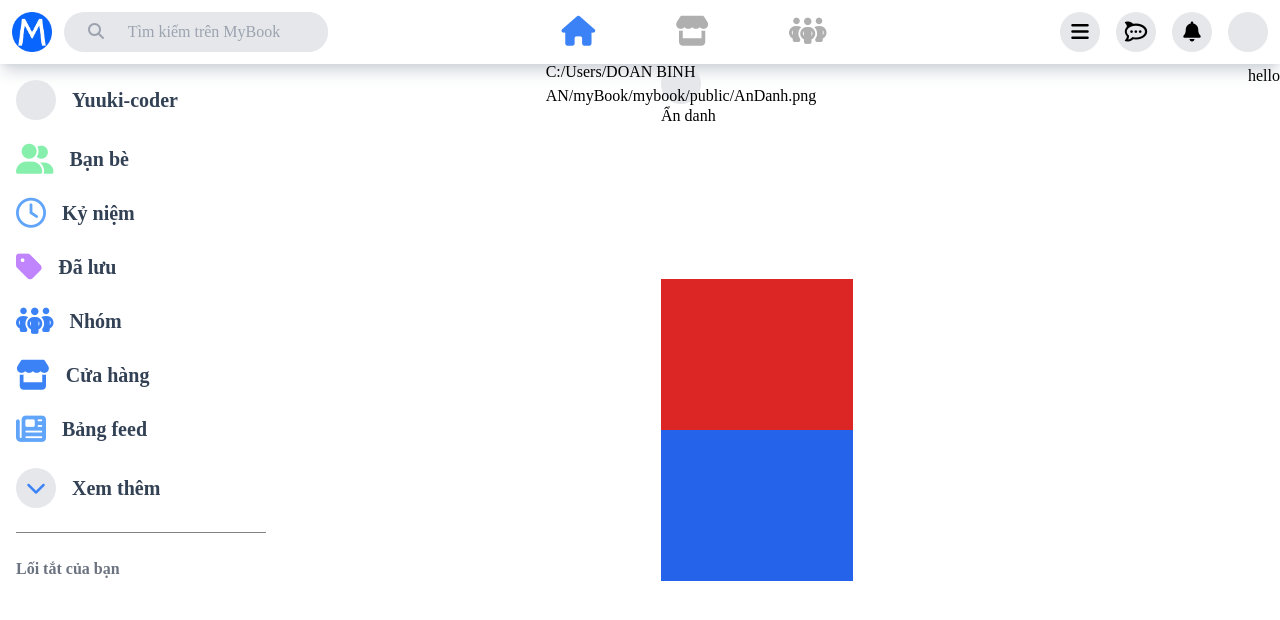
Repository: Yuukicoder/MyBook
Page: / (app in mybook/)
These files come from the project's save history. The page is drawn as it stood at one moment and after the next save; the edit follows.
The browser window is 1280 px wide. The pictures show the whole page.
The project was rebuilt for these pictures with package versions that can differ from the ones it lists, and the page was loaded fresh each time.

Above is the page before, as saved 2023-12-14 09:24:07.

### mybook/src/index.js
import React from 'react';
import ReactDOM from 'react-dom/client';
import './index.css';
import App from './App';
import reportWebVitals from './reportWebVitals';

const root = ReactDOM.createRoot(document.getElementById('root'));
root.render(
  <React.StrictMode >
  <App / >
  </React.StrictMode>
);

// If you want to start measuring performance in your app, pass a function
// to log results (for example: reportWebVitals(console.log))
// or send to an analytics endpoint. Learn more: https://bit.ly/CRA-vitals
reportWebVitals();

### mybook/src/index.css
@tailwind base;
@tailwind components;
@tailwind utilities;
  @import url('https://fonts.googleapis.com/css2?family=Arima:wght@100;200;300;400;500;700&display=swap');
*{
  margin: 0;
  padding: 0;
  box-sizing: border-box;
  font-family: Arima;
  /* border: 1px solid black; */
}
body{
  width: 100%;
  height: 100vh;
}

### mybook/src/App.js
import './App.css';
import '@fortawesome/fontawesome-free/css/all.min.css';
import Navbar from './Navbar'
import Option from './Option'
import News from './News';
import Friend_contact from './Friend_contact';
 var App = () =>
(
    <div class="">
        <Navbar/>
        <div class="flex justify-between">
        <Option name="Yuuki-coder"/>
        <News/>
        <Friend_contact/>
        </div>

    </div>
)

export default App;

### mybook/src/App.css
:root{
  --text-color: rgb(175, 175, 175);
  --bg-icon-color: #e5e7eb;
}
.avatar{
  width: 40px;
  height: 40px;
  background-color: var(--bg-icon-color);
  border-radius: 50%;
  display: flex;
  align-items: center;
  justify-content: center;
}

### mybook/src/Navbar.js
import './Navbar.css'
import '@fortawesome/fontawesome-free/css/all.min.css';

var Navbar = () =>(


    <div class="flex items-center justify-between  w-screen py-3 px-3  shadow-lg shadow-gray-300">
        <div class="flex">

    <div class="Navbar_icon pr-3">
        <img class="w-10 h-10" src='iconMyBook.png' alt=""></img>
    </div>
    <div class="Navbar_search h-10 bg-gray-200 rounded-3xl">
        <label class=" text-center h-full pl-6"for="">
    <i class="fa-solid fa-magnifying-glass text-gray-400" ></i>
        </label>

        <input class="rounded-3xl text-center h-full pr-6 bg-gray-200" type="text" placeholder="Tìm kiếm trên MyBook"></input>
        </div>

    </div>
    <div class="  Navbar_selection">
        <ul class="flex gap-20">
            <li>
            <i class="fa-solid fa-house text-blue-500"></i>
            </li>
            <li>
            <i class="fa-solid fa-store"></i>
            </li>
            <li> <i class="fa-solid fa-people-group"></i></li>
        </ul>
    </div>
    <div class="Navbar_option">
        <ul class="flex gap-4 items-center">
            <li>
            <div class="avatar">

                <i class="fa-solid fa-bars"></i>
            </div>
                </li>
            <li>
            <div class="avatar">

                <i class="fa-brands fa-rocketchat"></i>
            </div>
                </li>
            <li>
            <div class="avatar">

                <i class="fa-solid fa-bell"></i>
            </div>
                </li>
            <li><div class="avatar"></div></li>
        </ul>
    </div>
    </div>
)
export default Navbar;

### mybook/src/Option.js
import './Option.css'
// var ButtonCollapse = () =>{

//     var collapse = document.getElementById('collapse');
// }


var Option = (x) => {
    function sayHello(name) {
        alert(`hello, ${name}`);
      }

    return (
    <div class="mt-4 ml-4  grid gap-6">

    <div class="flex gap-4 items-center box ">
        <div class="avatar">
        </div>
        <p class="font-semibold text-xl text-slate-700">{x.name}</p>

    </div>
    <div class="flex gap-4 items-center box">
    <i class="fa-solid fa-user-group text-green-300"></i>
        <p class="font-semibold text-xl text-slate-700">Bạn bè</p>

    </div>
    <div class="flex gap-4 items-center box ">
    <i class="fa-regular fa-clock text-blue-400"></i>
        <p class="font-semibold text-xl text-slate-700">Kỷ niệm</p>

    </div>
    <div class="flex gap-4 items-center box ">
    <i class="fa-solid fa-tag text-purple-400"></i>
        <p class="font-semibold text-xl text-slate-700">Đã lưu</p>

    </div>
    <div class="flex gap-4 items-center box ">
    <i class="fa-solid fa-people-group text-blue-500"></i>
        <p class="font-semibold text-xl text-slate-700">Nhóm</p>

    </div>
    <div class="flex gap-4 items-center box ">
    <i class="fa-solid fa-store text-blue-500"></i>
        <p class="font-semibold text-xl text-slate-700">Cửa hàng</p>

    </div>
    <div class="flex gap-4 items-center box ">
        <i class="fa-solid fa-newspaper text-blue-400"></i>
        <p class="font-semibold text-xl text-slate-700">Bảng feed</p>

    </div>
    <div class="flex gap-4 items-center box " >
        <div class="avatar">
    <i class="fa-solid fa-chevron-down text-blue-500 "></i>
        </div>
        <button class="font-semibold text-xl text-slate-700" onclick={sayHello}>Xem thêm</button>

    </div>
    <div class="line"></div>
    <p class="text-base font-semibold text-gray-500">Lối tắt của bạn</p>
    </div>
)}
export default Option

### mybook/src/News.js
var Story_Page = (x) => (
    <div class="">
        <div class="avatar">{x.avatar||"C:/Users/DOAN BINH AN/myBook/mybook/public/AnDanh.png"}</div>
        <div class="author ">{x.author||"Ẩn danh"}</div>
    </div>
    )
var News = () =>(
    <div class="grid">
        <div class="News_Story ">
            <div class="Story_Page w-48">
                <Story_Page></Story_Page>
            </div>
        </div>
        <div class="News_Tools bg-red-600"></div>
        <div class="News_Page bg-blue-600"></div>
    </div>

)
export default News;

### mybook/src/Friend_contact.js
var Friend_contact = () =>(
    <p>hello</p>
)
export default Friend_contact;

### mybook/src/Navbar.css
:root{
    --text-color: rgb(175, 175, 175);
    --bg-icon-color: #e5e7eb;
  }
  ul i{
  color: var(--text-color);
  font-size: 30px;
  }

  .Navbar_option ul li i{
    color: black;
  font-size: 20px;

  }

### mybook/src/Option.css

.box i{
    font-size: 30px;
}
.line{
    width: 250px;
    height: 1px;
    background-color: grey;
}
.avatar i{
    font-size: 20px;
}

### mybook/tailwind.config.js
/** @type {import('tailwindcss').Config} */
module.exports = {
  content: [
    "./src/**/*.{js,jsx,ts,tsx}",
  ],
  theme: {
    extend: {},
    color:{
      'text-grey':'#9ca9c9'
    }
  },
  plugins: [],
}

Loaded but not shown: mybook/public/index.html (common file); mybook/src/reportWebVitals.js (common file)

After the next save:
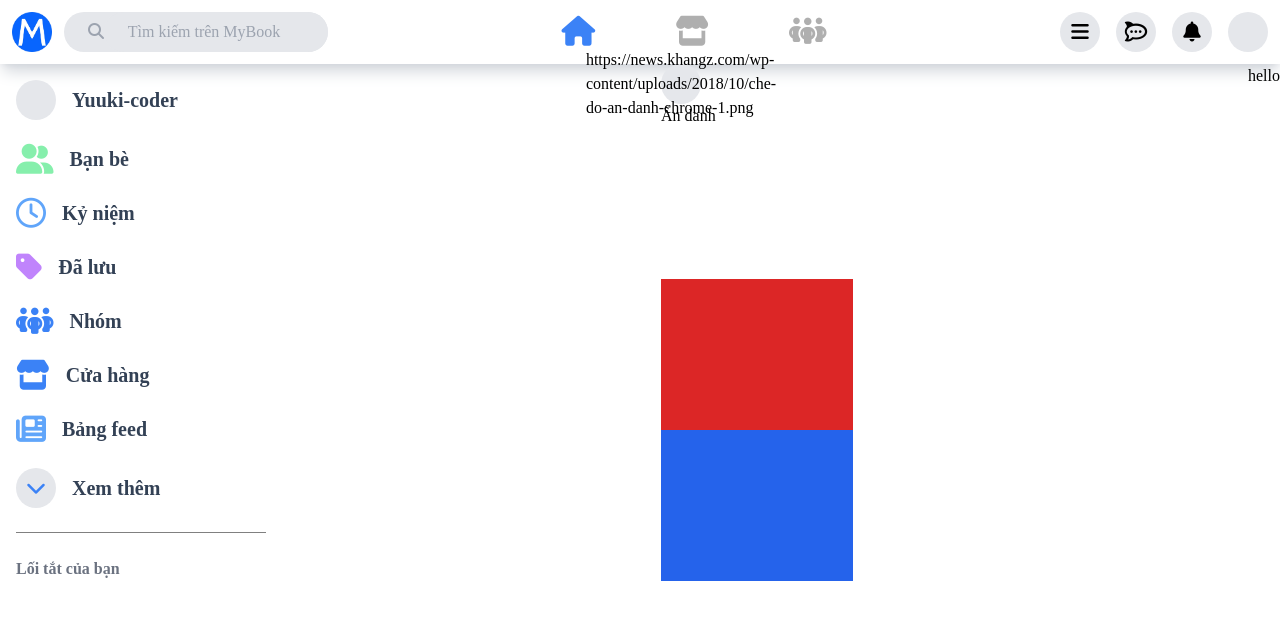
Saved 10 s later.
--- a/mybook/src/News.js
+++ b/mybook/src/News.js
@@ -1,6 +1,6 @@
 var Story_Page = (x) => (
     <div class="">
-        <div class="avatar">{x.avatar||"C:/Users/DOAN BINH AN/myBook/mybook/public/AnDanh.png"}</div>
+        <div class="avatar">{x.avatar||"https://news.khangz.com/wp-content/uploads/2018/10/che-do-an-danh-chrome-1.png"}</div>
         <div class="author ">{x.author||"Ẩn danh"}</div>
     </div>
     )
